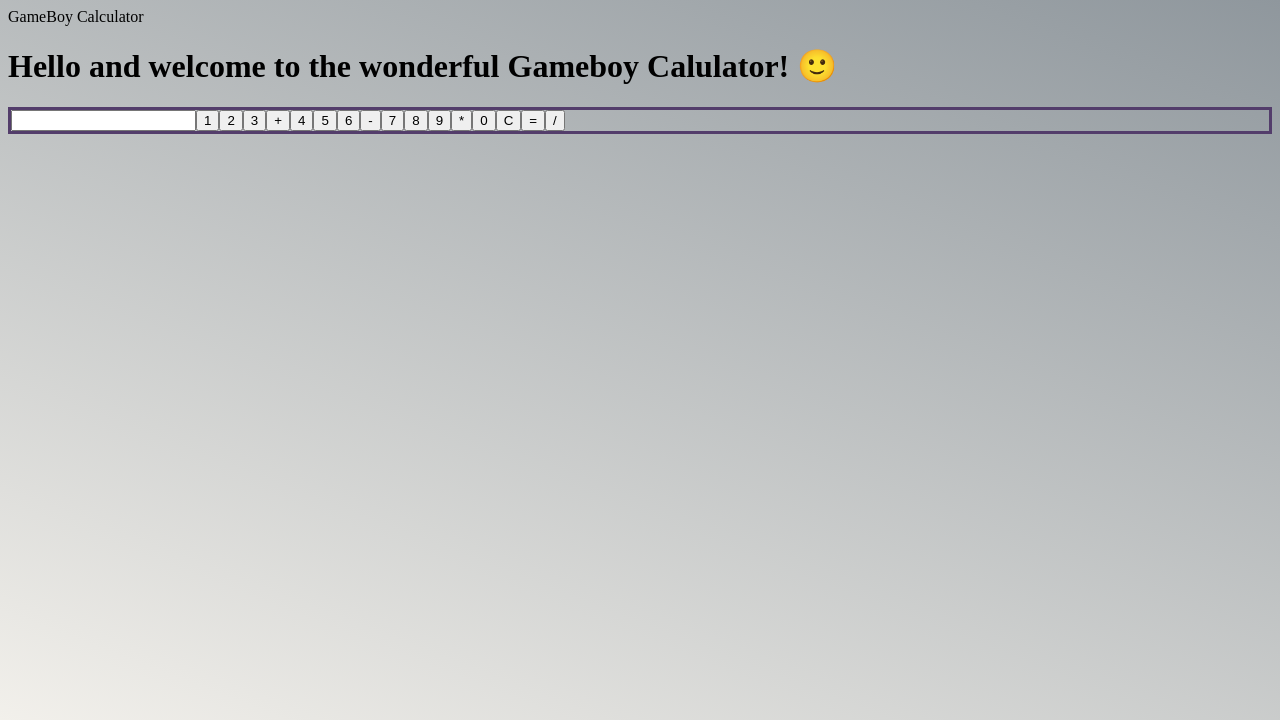
Repository: CrazyPaine/GameBoy-Calculator
Page: index.html
An editor plug-in stored every save of this project. The page is shown before and after the next save, followed by the edit.
The browser window is 1280 px wide. The pictures show the whole page.

Above is the page before, as saved 2024-02-01 16:58:36.

### index.html
<!DOCTYPE html>
<html lang="en">
<head>
    <meta charset="UTF-8">
    <meta name="viewport" content="width=device-width, initial-scale=1.0">
    <link rel="stylesheet" type="text/css" href="css/styles.css"
    <title>GameBoy Calculator</title>
</head>

<body>
    <h1 class = "Intro">Hello and welcome to the wonderful Gameboy Calulator! &#128578;</h1>

    <div class = 'calculator'>
        <input type="text"id="display" readonly>
       <br>
            <button onclick="appendToDisplay('1')">1</button>
            <button onclick="appendToDisplay('2')">2</button>
            <button onclick="appendToDisplay('3')">3</button>
            <button onclick="appendToDisplay('+')">+</button>
            <br>
            <button onclick="appendToDisplay('4')">4</button>
            <button onclick="appendToDisplay('5')">5</button>
            <button onclick="appendToDisplay('6')">6</button>
            <button onclick="appendToDisplay('-')">-</button>
            <br>
            <button onclick="appendToDisplay('7')">7</button>
            <button onclick="appendToDisplay('8')">8</button>
            <button onclick="appendToDisplay('9')">9</button>
            <button onclick="appendToDisplay('*')">*</button>
            <br>
            <button onclick="appendToDisplay('0')">0</button>
            <button onclick="clearDisplay()">C</button>
            <button onclick="calculateResult()">=</button>
            <button onclick="appendToDisplay('/')">/</button>

    </div>




</body>
</html>

### css/styles.css
/******************************************
/* CSS
/*******************************************/


/* Box Model Hack */
* {
    box-sizing: border-box;
}



/******************************************
/* LAYOUT
/*******************************************/
html {
    height: 100%;
}

title {
    text-align: left;
    font-size: 5px;
}

body {
    background: rgb(143, 151, 157);
        background: linear-gradient(201deg, rgba(143, 151, 157, 1) 0%, rgba(242, 240, 235, 1) 100%);
}

.calculator {
    display: flex;
    align-items: left;
    border: 3px solid #533D6B;

}

img {
    display: block;
    margin: 0 auto;
    width: 25%;
}


/******************************************
/* ADDITIONAL STYLES
/*******************************************/

After the next save:
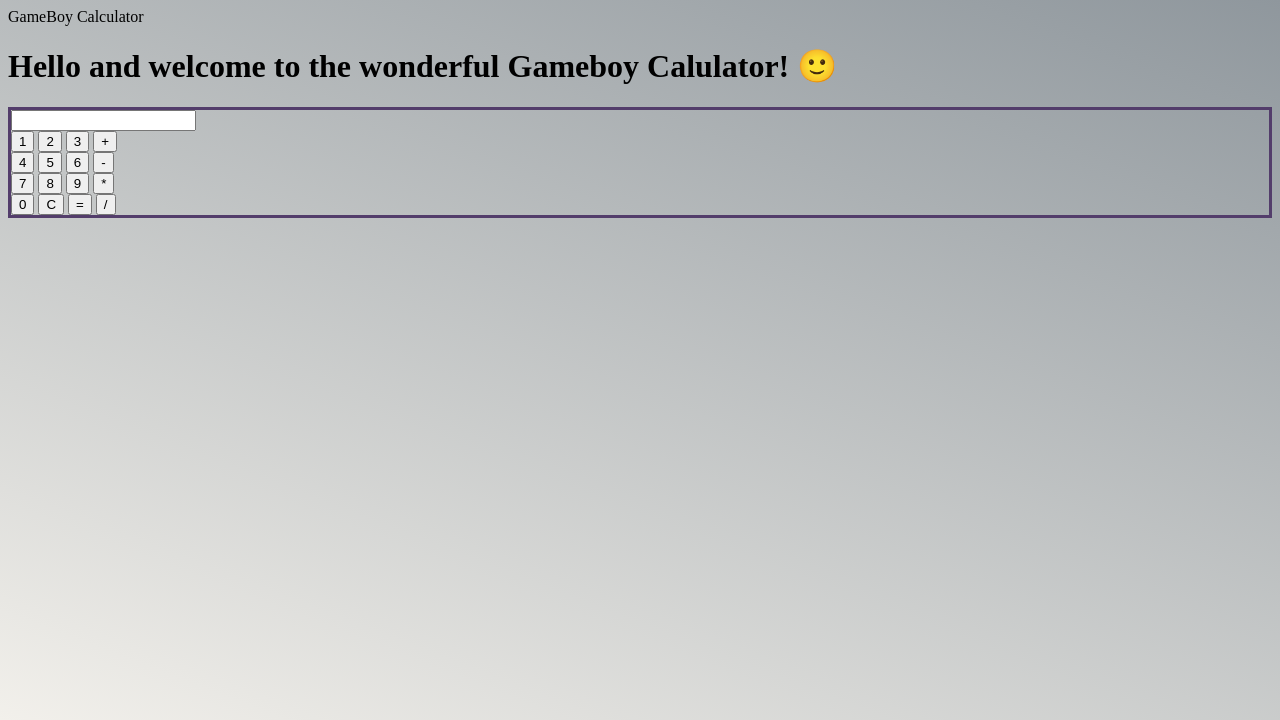
Saved 52 s later.
--- a/css/styles.css
+++ b/css/styles.css
@@ -28,8 +28,8 @@
 }
 
 .calculator {
-    display: flex;
-    align-items: left;
+
+    align-items:baseline;
     border: 3px solid #533D6B;
 
 }
